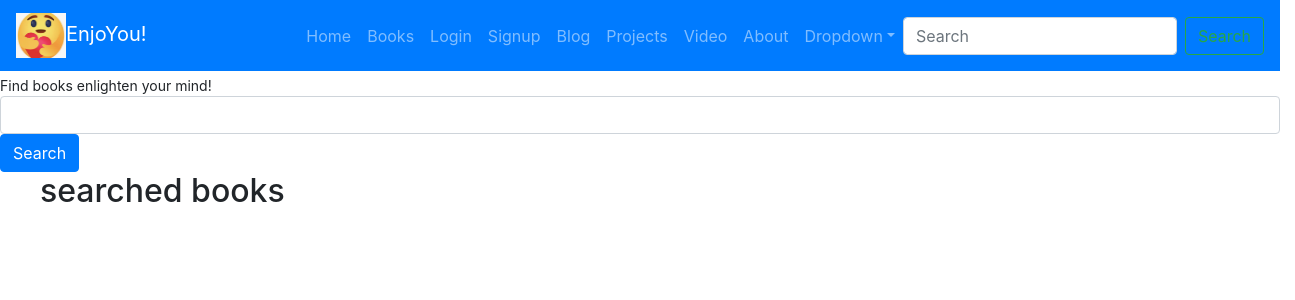
Repository: ebo-arcadia/enjoyou
Page: /books
An editor plug-in stored every save of this project. The page is shown before and after the next save, followed by the edit.
The browser window is 1280 px wide. The page is 1295 px wide, so the pictures cover 1295 px, including what lies to the right of the window. The pictures show the whole page.
The project was rebuilt for these pictures with package versions that can differ from the ones it lists, and the page was loaded fresh each time. Also part of the build but not shown: src/App.css, src/components/Header.js, src/components/Home.js, src/containers/Login.js, src/containers/signup.js, src/containers/blog.js, src/containers/Projects.js, src/containers/video.js and 1 more.

Above is the page before, as saved 2021-04-21 23:39:54.

### public/index.html
<!DOCTYPE html>
<html lang="en">
  <head>
    <meta charset="utf-8" />
    <link rel="icon" href="%PUBLIC_URL%/favicon.ico" />
    <meta name="viewport" content="width=device-width, initial-scale=1" />
    <meta name="theme-color" content="#000000" />
    <meta
      name="description"
      content="Web site created using create-react-app"
    />
    <link rel="apple-touch-icon" href="%PUBLIC_URL%/logo192.png" />
    <!--
      manifest.json provides metadata used when your web app is installed on a
      user's mobile device or desktop. See https://developers.google.com/web/fundamentals/web-app-manifest/
    -->
    <link rel="manifest" href="%PUBLIC_URL%/manifest.json" />
    <link rel="stylesheet" href="https://cdn.jsdelivr.net/npm/bootstrap@4.6.0/dist/css/bootstrap.min.css" integrity="sha384-B0vP5xmATw1+K9KRQjQERJvTumQW0nPEzvF6L/Z6nronJ3oUOFUFpCjEUQouq2+l" crossorigin="anonymous" />

    <!--
      Notice the use of %PUBLIC_URL% in the tags above.
      It will be replaced with the URL of the `public` folder during the build.
      Only files inside the `public` folder can be referenced from the HTML.

      Unlike "/favicon.ico" or "favicon.ico", "%PUBLIC_URL%/favicon.ico" will
      work correctly both with client-side routing and a non-root public URL.
      Learn how to configure a non-root public URL by running `npm run build`.
    -->
    <title>React App</title>
  </head>
  <body>
    <noscript>You need to enable JavaScript to run this app.</noscript>
    <div id="root"></div>
    <!--
      This HTML file is a template.
      If you open it directly in the browser, you will see an empty page.

      You can add webfonts, meta tags, or analytics to this file.
      The build step will place the bundled scripts into the <body> tag.

      To begin the development, run `npm start` or `yarn start`.
      To create a production bundle, use `npm run build` or `yarn build`.
    -->
  </body>
</html>

### src/index.css
body, html {
  height: 100%;
}

/* -------------Header--------------- */

.header-wraper {
  background-image: url("https://mdbootstrap.com/img/Photos/Horizontal/Nature/full page/img(11).jpg");
  position: relative;
  height: 50vh;
  background-position: center;
  background-repeat: no-repeat;
  background-size: cover;
}

.main-info {
  display: flex;
  position: absolute;
  top: 0;
  left: 0;
  right: 0;
  bottom: 0;
  flex-direction: column;
  justify-content: center;
  align-items: center;
  text-align: center;
  font-family: "Roboto Condesed, sans-serif";

}

.main-info h1 {
  color: blueviolet;
  text-transform: capitalize;
}

/* ----------Typed Text-------------- */

.typed-text {
  color: blue;
  font-size: 2rem;
}

/* ----------Navigation Bar-------------- */


.nav-link:hover {
  text-decoration: none;
  background-color: crimson;
  transition: .3s ease-in-out;
}

### src/containers/App.js
import React from "react";
import '../App.css';
import 'bootstrap/dist/css/bootstrap.min.css';
import { BrowserRouter as Router, Switch, Route } from "react-router-dom";
import Home from '../components/Home';
import Books from '../containers/Books';
import Login from '../containers/Login';
import Signup from '../containers/Signup';
import Blog from '../containers/Blog';
import Projects from '../containers/Projects';
import Video from '../containers/Video';
import About from '../components/About'
import NavigationBar from '../components/NavigationBar';

export default function App() {
  return (
    <React.Fragment>
      <Router>
        <div>
          <NavigationBar />
          {/* A <Switch> looks through its children <Route>s and
              renders the first one that matches the current URL. */}
          <Switch>
            <Route path="/home"><Home /></Route>
            <Route path="/books"><Books /></Route>
            <Route path="/login"><Login /></Route>
            <Route path="/signup"><Signup /></Route>
            <Route path="/blog"><Blog /></Route>
            <Route path="/projects"><Projects /></Route>
            <Route path="/video"><Video /></Route>
            <Route path="/about"><About /></Route>
            <Route exact path="/"><Home /></Route>
          </Switch>
        </div>
      </Router>
    </React.Fragment>
  );
}

### src/containers/Books.js
import React, { Component, useState } from 'react';
import BooksList from '../components/BooksList';
import { Form, Row, Col, Button, } from 'react-bootstrap';

const NYT_API_KEY = 'dGpQ5OmGP2SgfvZimlpCUoF4iOag9qzZ';
const URL = 'https://api.nytimes.com/svc/movies/v2/reviews/search.json?'
            + `api-key=${NYT_API_KEY}`;

// using hooks
function Books() {
    const [book, setBook] = useState("");
    const [result, setResult] = useState([]);
    const [apiKey, setApiKey] = useState("dGpQ5OmGP2SgfvZimlpCUoF4iOag9qzZ")

    const handleSubmit = (event) => {
        event.preventDefault();
        console.log(book)
        fetch(`https://api.giphy.com/v1/gifs/search?q=${book}&api_key=dc6zaTOxFJmzC&rating=g`)
        .then(response => response.json())
        .then(data => {setResult(data.data)})
        setBook("")
    }

    return (
        <>
            <Form.Text>Find books enlighten your mind!</Form.Text>
            <Form onSubmit={handleSubmit}>
                <Row>
                    <Col>
                        <Form.Control type="text" value={book} onChange={event => setBook(event.target.value)} />
                        <Button variant="primary" type="submit">Search</Button>
                    </Col>
                </Row>

            </Form>
            <BooksList result={result}/>
        </>
    )
}

// using stateful
// class Books extends Component {
//     constructor() {
//         super();
//         this.state = { books: [], searchTerm: ""};
//     }

//     handleChange = (event) => {
//         this.setState({ searchTerm: event.target.value })
//     }

//     handleSubmit = (event) => {
//         event.preventDefault();
//         let searchTerm = this.state.searchTerm
//         this.searchBooks(searchTerm)
//     }

//     searchBooks = (searchTerm="Top pick") => {
//         fetch(URL + `&query=${searchTerm}`)
//         .then(response => response.json())
//         .then(booksData => this.setState({ books: booksData.result}))
//     }

//     render() {
//         return (
//             <div>
//                 <Form onSubmit={this.handleSubmit}>
//                     <Row>
//                         <Col xs={4}>
//                         <Form.Group controlId="forSearchBooks">
//                             <Form.Control type="text" placeholder="search books" value={this.state.searchTerm} onChange={this.handleChange} />
//                             <Form.Text> Find books enlighening your mind! </Form.Text>
//                         </Form.Group>
//                         </Col>
//                     </Row>
//                     <Button variant="primary" type="submit">Search</Button>
//                 </Form>
//                 <BooksList books={this.state.books} />
//             </div>

//         )
//     }
// }

export default Books;

### src/components/NavigationBar.js
import React from 'react';
import { Navbar, Nav, NavDropdown, Form, FormControl, Button } from 'react-bootstrap';
import Logo from '../assets/logo.png';


const NavigationBar = () => {
    return (
        <Navbar bg="primary" expand="lg" variant="dark" fixed="top" style={{position: "sticky"}}>
        <Navbar.Brand href="home"><img src={Logo} style={{width: 50, height: 45}} className="logo" alt="logo"/>EnjoYou!</Navbar.Brand>
        <Navbar.Toggle aria-controls="basic-navbar-nav" />
        <Navbar.Collapse id="basic-navbar-nav">
          <Nav className="ml-auto">
            <Nav.Link href="/">Home</Nav.Link>
            <Nav.Link href="books">Books</Nav.Link>
            <Nav.Link href="login">Login</Nav.Link>
            <Nav.Link href="signup">Signup</Nav.Link>
            <Nav.Link href="blog">Blog</Nav.Link>
            <Nav.Link href="projects">Projects</Nav.Link>
            <Nav.Link href="video">Video</Nav.Link>
            <Nav.Link href="about">About</Nav.Link>
            <NavDropdown title="Dropdown" id="basic-nav-dropdown">
              <NavDropdown.Item href="#action/3.1">Action</NavDropdown.Item>
              <NavDropdown.Item href="#action/3.2">Another action</NavDropdown.Item>
              <NavDropdown.Item href="#action/3.3">Something</NavDropdown.Item>
              <NavDropdown.Divider />
              <NavDropdown.Item href="#action/3.4">Separated link</NavDropdown.Item>
            </NavDropdown>
          </Nav>
          <Form inline>
            <FormControl type="text" placeholder="Search" className="mr-sm-2" />
            <Button variant="outline-success">Search</Button>
          </Form>
        </Navbar.Collapse>
      </Navbar>
    )
}

export default NavigationBar;

### src/components/BooksList.js
import React from 'react';
// import { Card } from 'react-bootstrap';

const BooksList = (props) => {
    return (
            <ul className="book-list">
                <h2>searched books</h2>
                {props.result.slice(0,3).map((gif) => {
                    return (
                        <li key={gif.id}>
                            <img className="gif" src={gif.images.original.url} alt={gif.images.original.frames}></img>
                        </li>
                    )
                })}
            </ul>
            )
        }

export default BooksList;

Loaded but not shown: src/index.js (common file); src/reportWebVitals.js (common file)

After the next save:
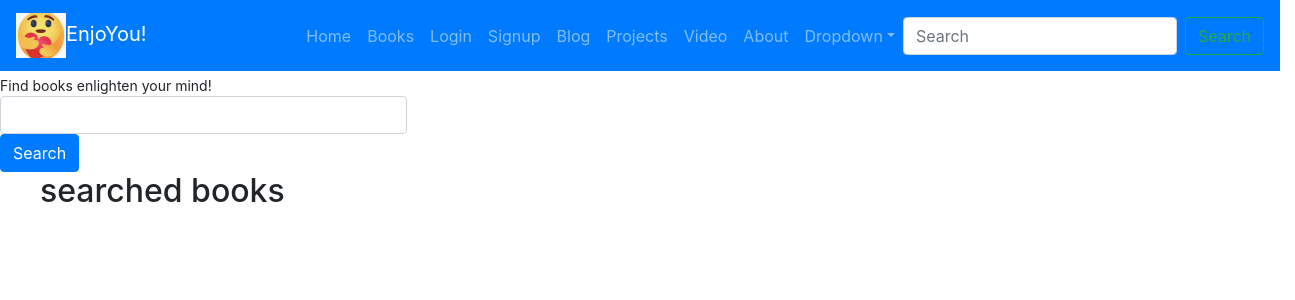
Saved 96 s later.
--- a/src/containers/Books.js
+++ b/src/containers/Books.js
@@ -26,7 +26,7 @@ function Books() {
             <Form.Text>Find books enlighten your mind!</Form.Text>
             <Form onSubmit={handleSubmit}>
                 <Row>
-                    <Col>
+                    <Col xs={4}>
                         <Form.Control type="text" value={book} onChange={event => setBook(event.target.value)} />
                         <Button variant="primary" type="submit">Search</Button>
                     </Col>
